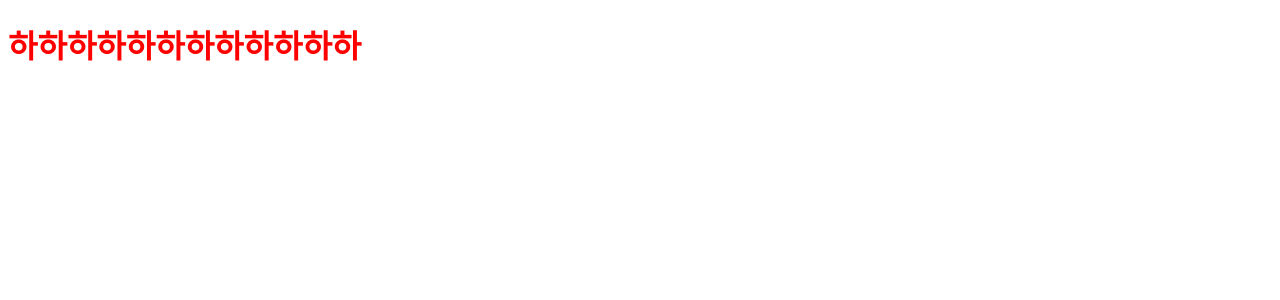
Repository: jun01270/F-E-practice
Page: index.html
These files come from the project's save history. The page is drawn as it stood at one moment and after the next save; the edit follows.
The browser window is 1280 px wide. The pictures show the whole page.
After loading, the first visible `#laugh` was clicked once.

Above is the page before, as saved 2022-12-12 18:55:50.

After the next save:
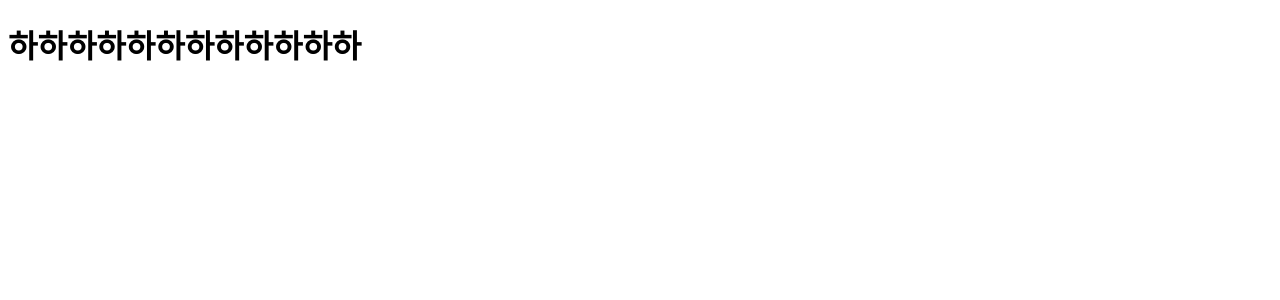
Saved 52 s later.
--- a/app.js
+++ b/app.js
@@ -7,7 +7,6 @@ titleColor = title.style.color;
 
 function afterClick() {
   console.log("CLick!!!");
-  title.style.color = "red";
   if (titleColor === "red") {
     titleColor = "Yellow";
   } else {
